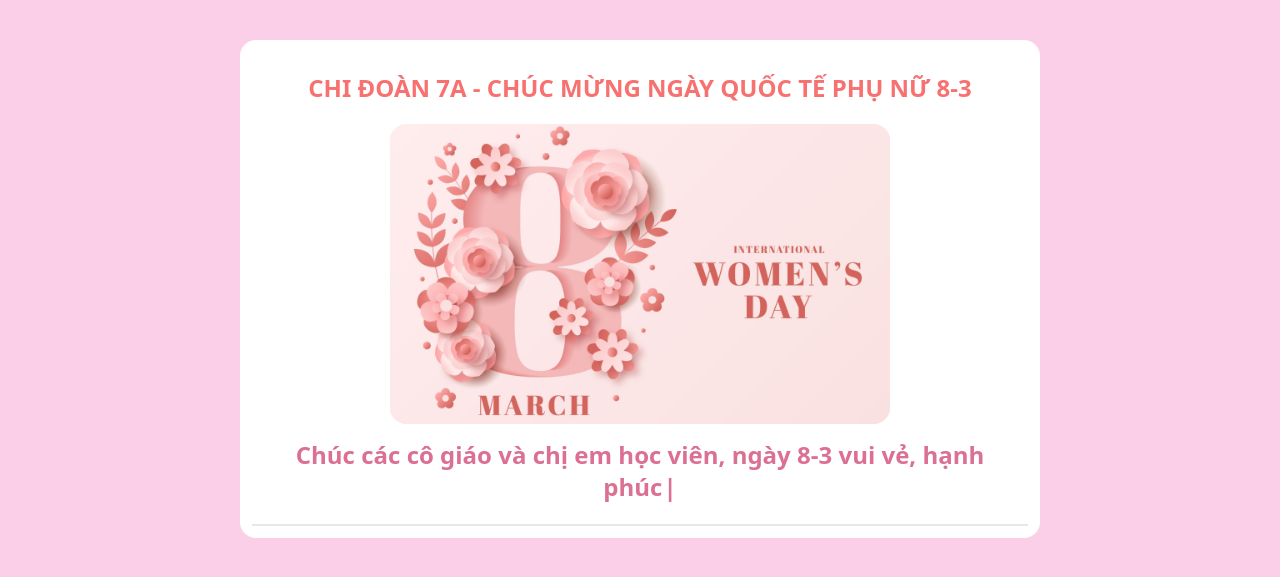
Repository: hoang0508/web-837A
Page: /
An editor plug-in stored every save of this project. The page is shown before and after the next save, followed by the edit.
The browser window is 1280 px wide. The pictures show the whole page.
Some web fonts or font styles are not loaded; a fallback is used. The project was rebuilt for these pictures with package versions that can differ from the ones it lists, and the page was loaded fresh each time. Also part of the build but not shown: vite.config.js.

Above is the page before, as saved 2025-02-28 19:11:37.

### index.html
<!DOCTYPE html>
<html lang="en">
  <head>
    <meta charset="UTF-8" />
    <link rel="icon" type="image/svg+xml" href="/vite.svg" />
    <meta name="viewport" content="width=device-width, initial-scale=1.0" />
    <link rel="preconnect" href="https://fonts.googleapis.com" />
    <link rel="preconnect" href="https://fonts.gstatic.com" crossorigin />
    <link
      href="https://fonts.googleapis.com/css2?family=Bai+Jamjuree:ital,wght@0,200;0,300;0,400;0,500;0,600;0,700;1,200;1,300;1,400;1,500;1,600;1,700&family=Montserrat:ital,wght@0,100..900;1,100..900&display=swap"
      rel="stylesheet"
    />
    <title>Vite + React</title>
  </head>
  <body>
    <div id="root"></div>
    <script type="module" src="/src/main.jsx"></script>
  </body>
</html>

### src/index.css
@import url("https://fonts.googleapis.com/css2?family=Bai+Jamjuree:ital,wght@0,200;0,300;0,400;0,500;0,600;0,700;1,200;1,300;1,400;1,500;1,600;1,700&family=Montserrat:ital,wght@0,100..900;1,100..900&display=swap");
@tailwind base;
@tailwind components;
@tailwind utilities;
*,
*:before,
*:after {
  box-sizing: border-box;
}

img,
picture,
svg,
video {
  display: block;
  max-width: 100%;
}
input,
select,
textarea {
  background-color: transparent;
  outline: none;
}
button {
  cursor: pointer;
  background-color: transparent;
  outline: none;
  border: 0;
}
body {
  min-height: 100vh;
  font-weight: 400;
  font-size: 16px;
  line-height: 1;
}

.Typewriter {
  margin: 15px;
  color: palevioletred;
  text-align: center;
  height: 70px;
}

### src/App.jsx
import { useState } from "react";
import reactLogo from "./assets/react.svg";
import anh83 from "./assets/anh832.png";
import Typewriter from "typewriter-effect";

import "./index.css";

function App() {
  const [count, setCount] = useState(0);

  return (
    <>
      <div className="text-2xl font-bold  bg-pink-200 min-h-screen p-10">
        <div className="bg-white shadow-3xl w-[800px] p-3 my-0 mx-auto rounded-2xl">
          <h1 className="text-center text-red-400 p-5 uppercase">
            Chi đoàn 7A - CHÚC MỪNG NGÀY QUỐC TẾ PHỤ NỮ 8-3
          </h1>
          <div className="mx-auto w-[500px] h-[300px]">
            <img
              src={anh83}
              alt="##"
              className="w-full h-full object-cover rounded-2xl"
            />
          </div>
          <div className="border-b-2 border-gray-200">
            <Typewriter
              options={{
                strings: [
                  `${"Chúc các cô giáo và chị em học viên, ngày 8-3 vui vẻ, hạnh phúc, luôn mạnh khỏe và thành công! 🌸💐❤️❤️❤️💰"}`,
                ],
                delay: 75,
                autoStart: true,
                loop: true,
              }}
            />
          </div>
        </div>
      </div>
    </>
  );
}

export default App;

### tailwind.config.js
/** @type {import('tailwindcss').Config} */
export default {
  content: ["./index.html", "./src/**/*.{js,ts,jsx,tsx}"],
  theme: {
    extend: {
      keyframes: {
        typing: {
          "0%": {
            width: "0%",
            visibility: "hidden",
          },
          "100%": {
            width: "100%",
          },
        },
        blink: {
          "50%": {
            borderColor: "transparent",
          },
          "100%": {
            borderColor: "white",
          },
        },
      },
      animation: {
        typing: "typing 5s steps(40) infinite alternate, blink .10s infinite",
      },
    },
  },
  plugins: [],
};

Loaded but not shown: src/main.jsx (common file)

After the next save:
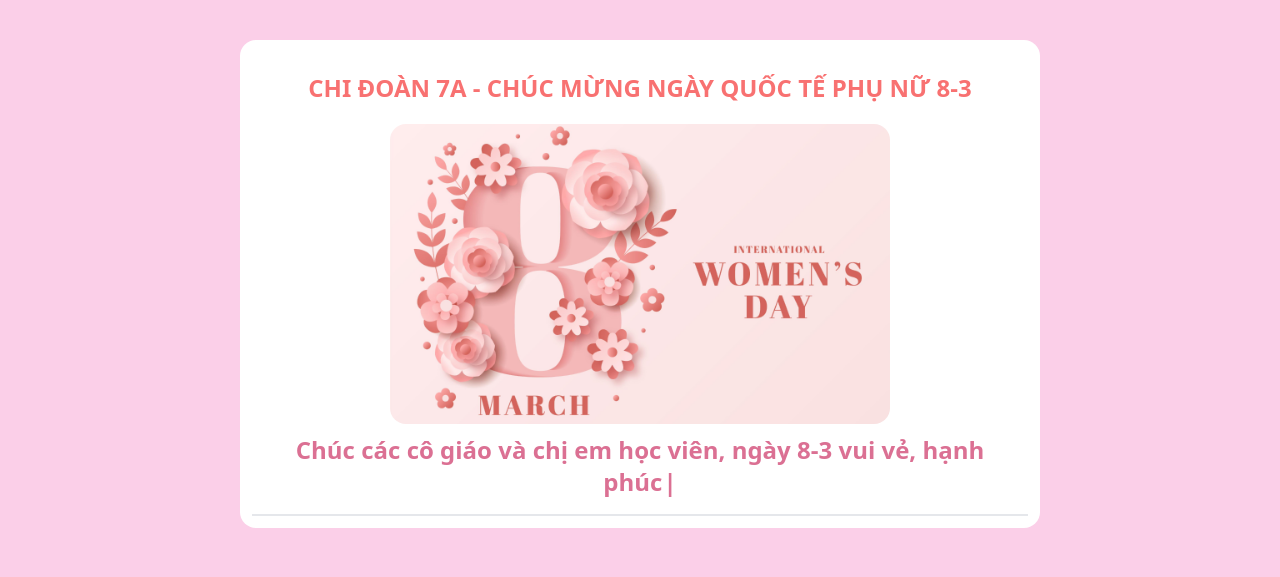
Saved 10 s later.
--- a/src/index.css
+++ b/src/index.css
@@ -35,7 +35,7 @@ body {
 }
 
 .Typewriter {
-  margin: 15px;
+  margin: 10px;
   color: palevioletred;
   text-align: center;
   height: 70px;
